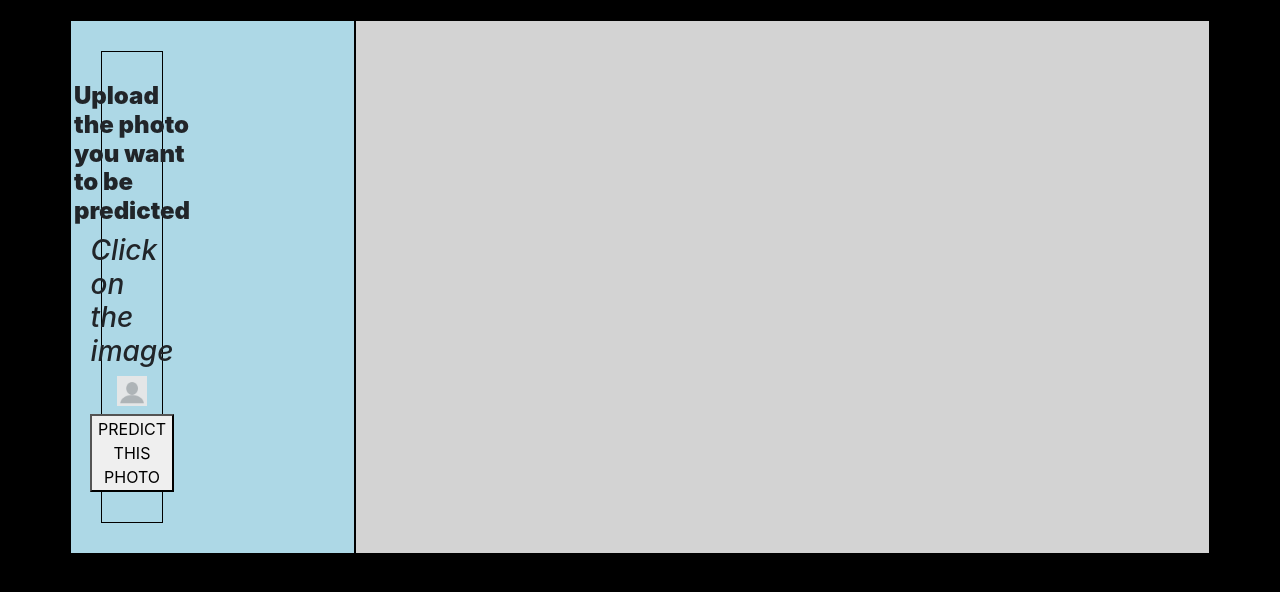
Repository: Jermaniac/TrabajoFinGradoGerman
Page: / (app in webprojectREACT/webexpresssionproject/)
An editor plug-in stored every save of this project. The page is shown before and after the next save, followed by the edit.
The browser window is 1280 px wide. The pictures show the whole page.
The project was rebuilt for these pictures with package versions that can differ from the ones it lists, and the page was loaded fresh each time. Also part of the build but not shown: webprojectREACT/webexpresssionproject/src/styles/InfoComponent.css, webprojectREACT/webexpresssionproject/src/components/InfoComponent.jsx.

Above is the page before, as saved 2021-05-03 16:29:32.

After the next save:
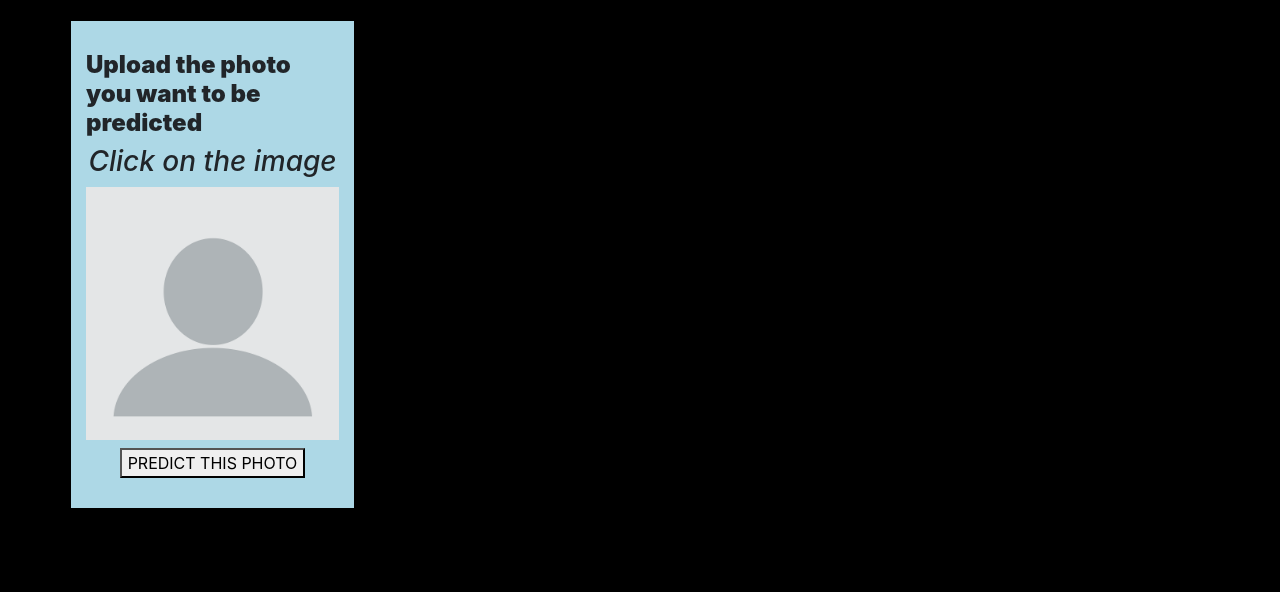
Saved 10 s later.
--- a/webprojectREACT/webexpresssionproject/src/components/App.jsx
+++ b/webprojectREACT/webexpresssionproject/src/components/App.jsx
@@ -25,12 +25,8 @@ class App extends React.Component {
     return (
         <div className="container">
           <div className="row">
-            <div className="col-12 col-md-4 col-lg-3" id="form">
               <FormComponent changeExpressions={this.props.changeExpressions}></FormComponent>
-            </div>
-            <div className="col-12 col-md-8 col-lg-9" id="info">
               <InfoExpressions  expressions={this.props.expressions} ></InfoExpressions>
-            </div>
           </div>
         </div>
     );
